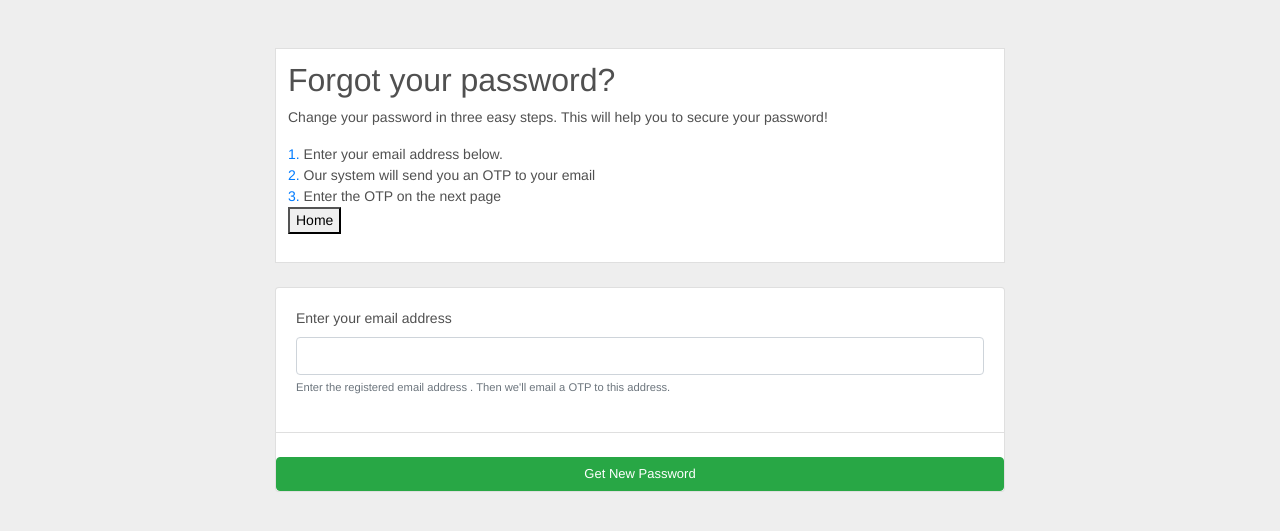
Repository: Hammam0827/maven-jenkins-exercise
Page: http://localhost/devops_project/forgotPassword.jsp
These files come from the project's save history. The page is drawn as it stood at one moment and after the next save; the edit follows.
The browser window is 1280 px wide. The pictures show the whole page.
Some web libraries are served in a nearby version. The page is served by Tomcat 9. Other server files are loaded and not shown.

Above is the page before, as saved 2022-12-01 10:50:52.

### devops_project/src/main/webapp/forgotPassword.jsp
<!doctype html>
<html>
<head>
<meta charset='utf-8'>
<meta name='viewport' content='width=device-width, initial-scale=1'>
<title>Forgot Password</title>
<link
	href='https://stackpath.bootstrapcdn.com/bootstrap/4.1.1/css/bootstrap.min.css'
	rel='stylesheet'>
<link href='' rel='stylesheet'>
<script type='text/javascript'
	src='https://cdnjs.cloudflare.com/ajax/libs/jquery/3.2.1/jquery.min.js'></script>
<style>
body {
	background-position: center;
	background-color: #eee;
	background-repeat: no-repeat;
	background-size: cover;
	color: #505050;
	font-family: "Rubik", Helvetica, Arial, sans-serif;
	font-size: 14px;
	font-weight: normal;
	line-height: 1.5;
	text-transform: none
}

.forgot {
	background-color: #fff;
	padding: 12px;
	border: 1px solid #dfdfdf
}

.padding-bottom-3x {
	padding-bottom: 72px !important
}

.card-footer {
	background-color: #fff
}

.btn {
	font-size: 13px
}

.form-control:focus {
	color: #495057;
	background-color: #fff;
	border-color: #76b7e9;
	outline: 0;
	box-shadow: 0 0 0 0px #28a745
}
</style>
</head>
<body oncontextmenu='return false' class='snippet-body'>
	<div class="container padding-bottom-3x mb-2 mt-5">
		<div class="row justify-content-center">
			<div class="col-lg-8 col-md-10">
				<div class="forgot">


					<h2>Forgot your password?</h2>
					<p>Change your password in three easy steps. This will help you
						to secure your password!</p>
					<ol class="list-unstyled">
						<li><span class="text-primary text-medium">1. </span>Enter
							your email address below.</li>
						<li><span class="text-primary text-medium">2. </span>Our
							system will send you an OTP to your email</li>
						<li><span class="text-primary text-medium">3. </span>Enter
							the OTP on the next page</li>
							<form action="/devops_project/login.jsp" class="inline">
						<button >Home</button>
					</form>
					</ol>
				</div>
				<form class="card mt-4" action="forgotPassword" method="POST">
					<div class="card-body">
						<div class="form-group">
							<label for="email-for-pass">Enter your email address</label> <input
								class="form-control" type="text" name="email"
								id="email-for-pass" required=""><small
								class="form-text text-muted">Enter the registered email
								address . Then we'll email a OTP to this address.</small>
						</div>
					</div>
					<div class="card-footer">

					</div>
					<button class="btn btn-success" type="submit">Get New
							Password</button>





				</form>
			</div>
		</div>
	</div>
	<script type='text/javascript'
		src='https://stackpath.bootstrapcdn.com/bootstrap/4.1.1/js/bootstrap.bundle.min.js'></script>
	<script type='text/javascript' src=''></script>
	<script type='text/javascript' src=''></script>
	<script type='text/Javascript'></script>
</body>
</html>

After the next save:
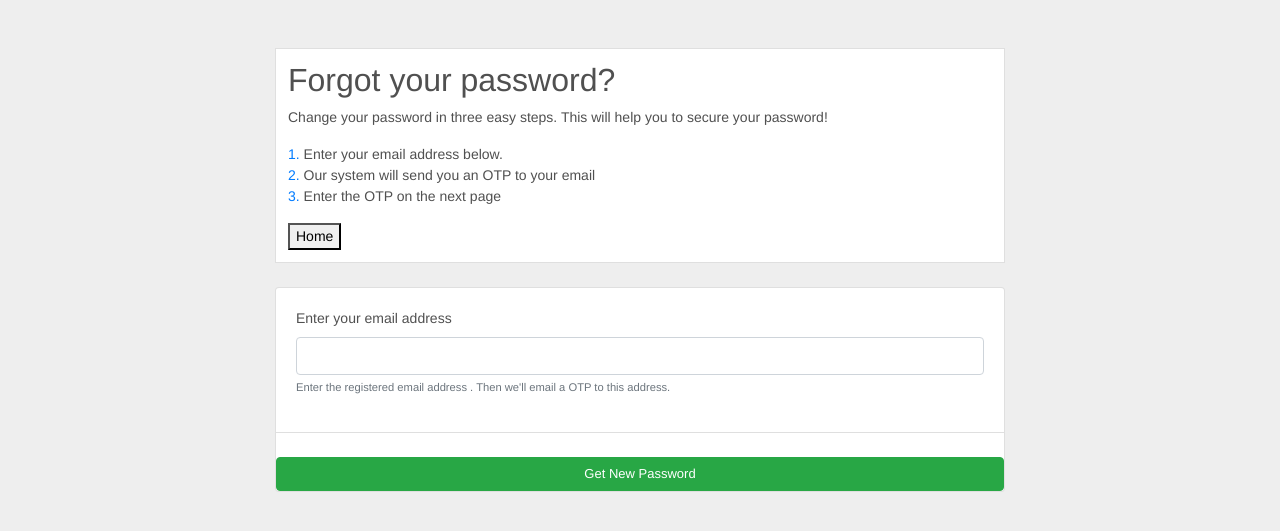
Saved 13 s later.
--- a/devops_project/src/main/webapp/forgotPassword.jsp
+++ b/devops_project/src/main/webapp/forgotPassword.jsp
@@ -68,10 +68,11 @@ body {
 							system will send you an OTP to your email</li>
 						<li><span class="text-primary text-medium">3. </span>Enter
 							the OTP on the next page</li>
-							<form action="/devops_project/login.jsp" class="inline">
+
+					</ol>
+					<form action="/devops_project/login.jsp" class="inline">
 						<button >Home</button>
 					</form>
-					</ol>
 				</div>
 				<form class="card mt-4" action="forgotPassword" method="POST">
 					<div class="card-body">
